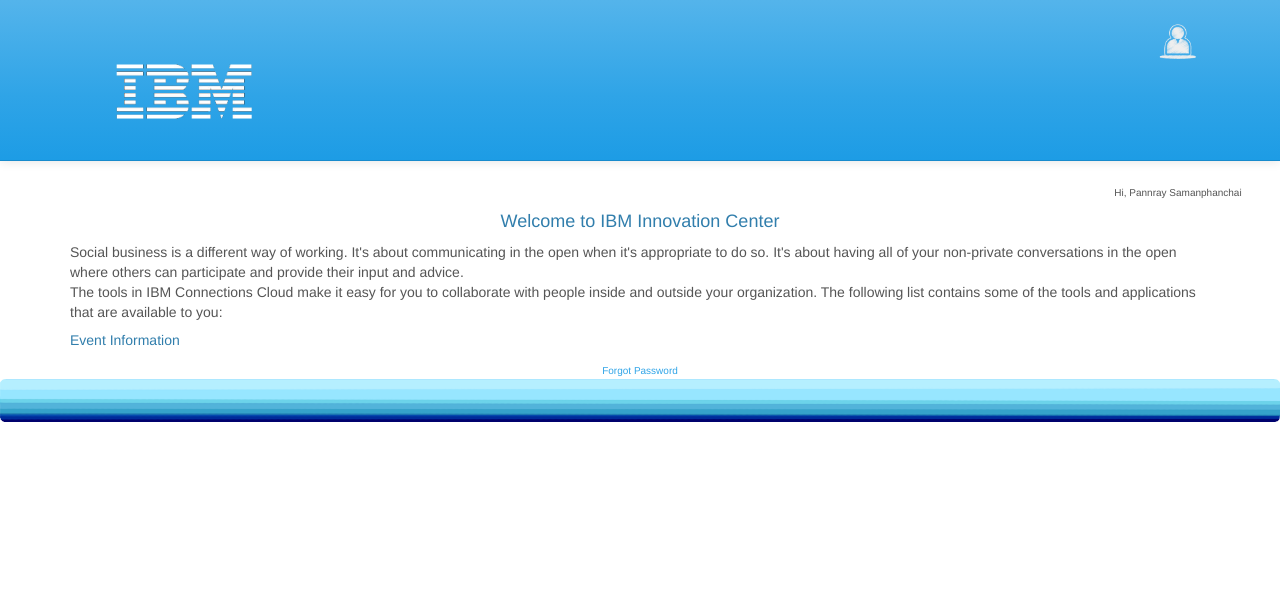
Repository: InnovationCenterOrg/InnovationCustomer
Page: http://localhost/InnovationCustomer/view/test.jsp
An editor plug-in stored every save of this project. The page is shown before and after the next save, followed by the edit.
The browser window is 1280 px wide. The pictures show the whole page.
Some web libraries are served in a nearby version. The page is served by Tomcat 9. Other server files are loaded and not shown.

Above is the page before, as saved 2016-03-03 03:29:48.

### InnovationCustomer/WebContent/view/test.jsp
<!DOCTYPE HTML>
<%@page language="java"
	contentType="text/html; charset=UTF-8" pageEncoding="UTF-8"%>
<html>
<head>
<meta name="viewport" content="width=device-width, initial-scale=1">
<%@page import="java.text.SimpleDateFormat"%>
<%@page import="com.ibm.innovationcustomer.model.EventModel"%>
<%@page import="com.ibm.innovationcustomer.model.RegisterEventModel"%>
<!-- Bootstrap -->
<link href="${pageContext.request.contextPath}/css/default.css" rel="stylesheet">
<link href="${pageContext.request.contextPath}/css/bootstrap.css" rel="stylesheet">
<link href="${pageContext.request.contextPath}/css/bootstrap.min.css" rel="stylesheet">

<title>IBM Innovation Center</title>
</head>

<body>
	<div class="navbar navbar-static-top">
   		<div class="container">
   			<div align="left">
   			<a href="ViewProfileInitAction">
				<img style="margin-top: 2%;" align="left" class="img-responsive" src="logo-ibm-white.png" width="20%" height="20%"/>
			</a>
			</div>
			<div align="right">
			  	<a class="btn dropdown-toggle" data-toggle="dropdown" href="#">
			    	<img style="margin-top: 5%" align="right" class="img-responsive" src="profile_icon_3.ico" width="15%" height="15%"/>
			 	 </a>
			  	<ul class="dropdown-menu  pull-right" role="menu">
			    	<li style="background-color: #75c3f0"><a tabindex="-1" href="ViewProfileInitAction">Profile Setting</a></li>
			    	<li style="background-color: #75c3f0"><a tabindex="-1" href="ChangePasswordInitAction">Change Password</a></li>
				  	<li style="background-color: #75c3f0"><a tabindex="-1" href="LogoutAction">Logout</a></li>
			  	</ul>
			</div>
		</div>
	</div>


				<!--
				<a class="dropdown" href="#"><img align="right" class="img-responsive" src="images/profile_icon_3.ico" width="8%" height="8%"/></a>
				<ul class="dropdown-menu">
				<li>TEST1</li>
				<li>TEST2</li>
				</ul>
				 -->
				<!--
				<ul class="nav navbar-nav">
				<li class="dropdown">
					<a href="#" class="dropdown-toggle" data-toggle="dropdown" role="button" aria-expanded="true">Report
					<span class="caret"></span>
					</a>
						<ul class="dropdown-menu" role="menu">
							<li><a href="./DashboardMainAction">Dashboard</a></li>
							<li><a href="./ReportMainAction">Report</a></li>
					</ul></li></ul> -->
	<div align="right" style="padding-right: 3%; padding-top: -10%;">
		<font style="font-size: x-small;">Hi, Pannray Samanphanchai</font>
	</div>
	<div class="container">
	<h4 align="center">Welcome to IBM Innovation Center</h4>
	Social business is a different way of working. It's about communicating in the open when it's appropriate to do so. It's about having all of your non-private conversations in the open where others can participate and provide their input and advice.
	<br>
	The tools in IBM Connections Cloud make it easy for you to collaborate with people inside and outside your organization. The following list contains some of the tools and applications that are available to you:
	<h5>Event Information</h5>
	<div align="center">
		<font style="font-size: x-small;">

			<a class="test" data-placement="bottom" href="#" data-toggle="tooltip" title="Hooray!" >Forgot Password</a><br>

		</font>
	</div>

	<span class="tooltip" onmouseover="tooltip.pop(this, 'Lorem ipsum dolor...mauris')">
	    Basic
	</span>
		<!-- jQuery (necessary for Bootstrap's JavaScript plugins) -->
		<script	src="https://ajax.googleapis.com/ajax/libs/jquery/1.11.2/jquery.min.js"></script>
		<!-- Include all compiled plugins (below), or include individual files as needed -->
		<script src="${pageContext.request.contextPath}/js/bootstrap.min.js"></script>
		<script>
		$(document).ready(function(){
		    $('[data-toggle="tooltip"]').tooltip();
		});
		</script>
	</div>

	<img class="img-responsive" src="images/footer.png" width="100%">
</body>
</html>


</html>

### InnovationCustomer/WebContent/css/default.css
.btn-ibsd{
	background-color: #ffe166;
}

Loaded but not shown: InnovationCustomer/WebContent/css/bootstrap.css (library); InnovationCustomer/WebContent/css/bootstrap.min.css (library); InnovationCustomer/WebContent/js/bootstrap.min.js (library)

After the next save:
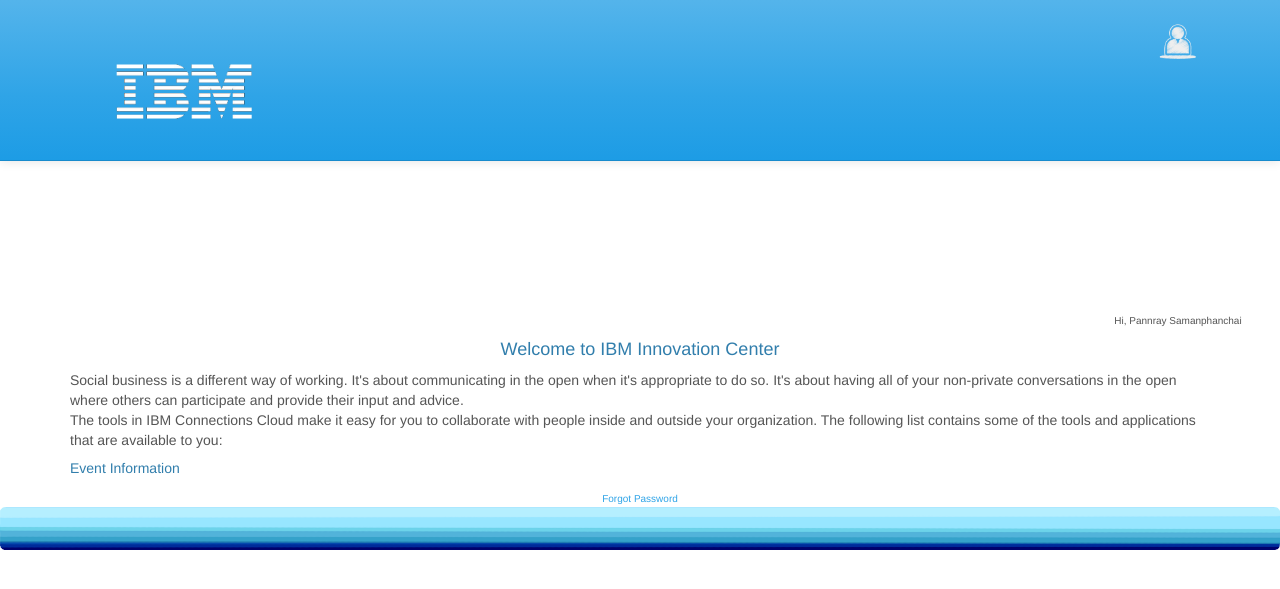
Saved 8 s later.
--- a/InnovationCustomer/WebContent/view/test.jsp
+++ b/InnovationCustomer/WebContent/view/test.jsp
@@ -54,7 +54,7 @@
 							<li><a href="./DashboardMainAction">Dashboard</a></li>
 							<li><a href="./ReportMainAction">Report</a></li>
 					</ul></li></ul> -->
-	<div align="right" style="padding-right: 3%; padding-top: -10%;">
+	<div align="right" style="padding-right: 3%; padding-top: 10%;">
 		<font style="font-size: x-small;">Hi, Pannray Samanphanchai</font>
 	</div>
 	<div class="container">

After the save that followed:
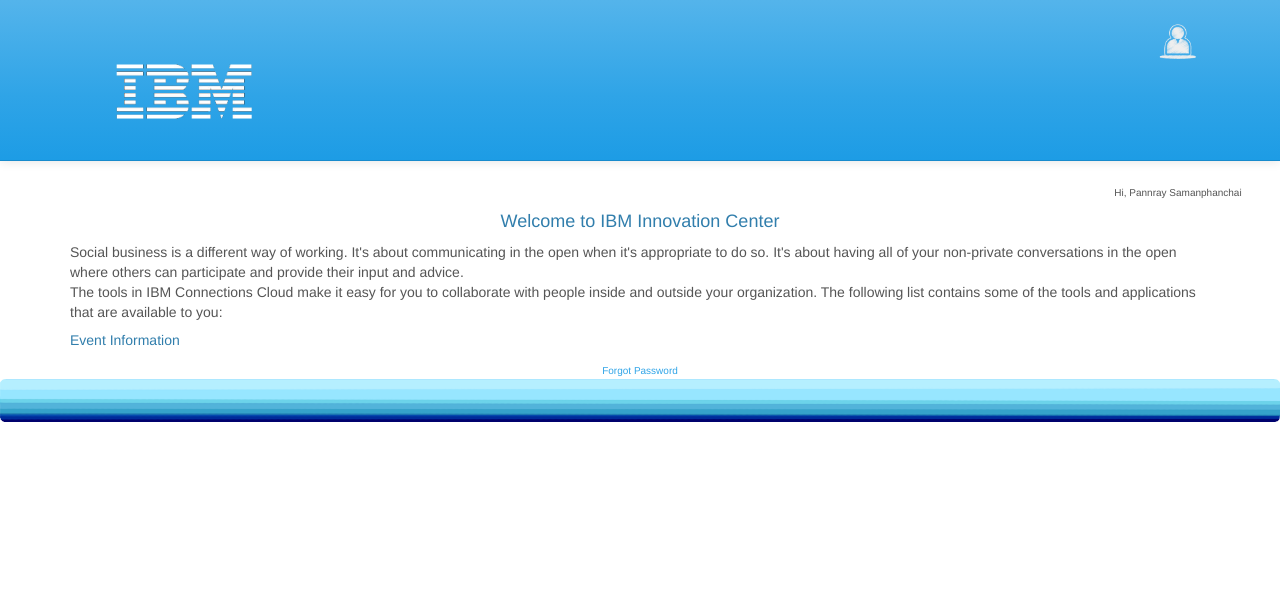
Saved 8 s later.
--- a/InnovationCustomer/WebContent/view/test.jsp
+++ b/InnovationCustomer/WebContent/view/test.jsp
@@ -54,7 +54,7 @@
 							<li><a href="./DashboardMainAction">Dashboard</a></li>
 							<li><a href="./ReportMainAction">Report</a></li>
 					</ul></li></ul> -->
-	<div align="right" style="padding-right: 3%; padding-top: 10%;">
+	<div align="right" style="padding-right: 3%;">
 		<font style="font-size: x-small;">Hi, Pannray Samanphanchai</font>
 	</div>
 	<div class="container">
